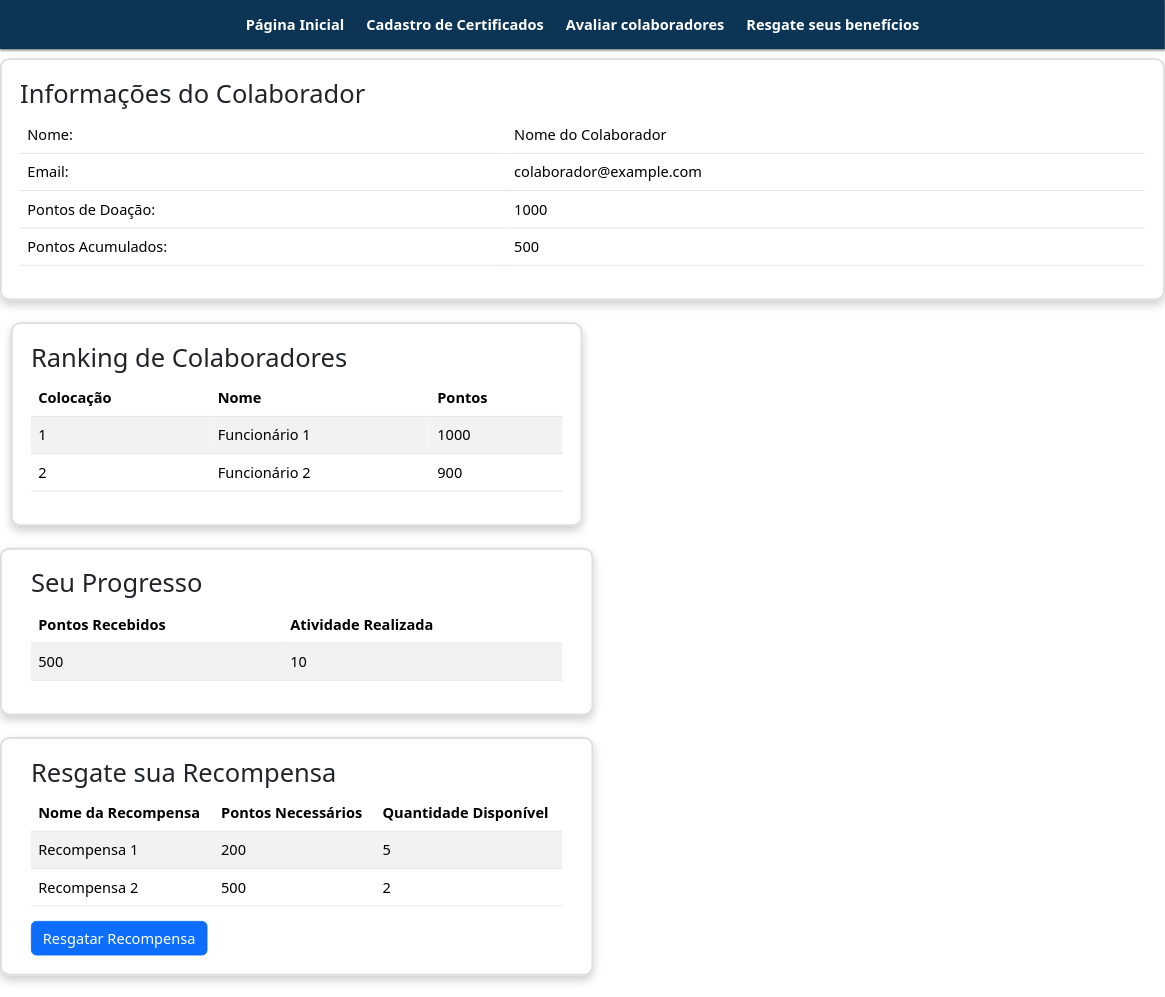
Repository: mumuryllo/ProjetoZupPointsCatalisa5
Page: ZuPointsCatalisa5 Front-End/colaborador.html
The author's editor kept a copy of each file at every save. The page is drawn from the files as they stood at one save, then again after the next save.
The browser window is 1280 px wide. The pictures show the whole page, at 91% of full size.
The page's requests for data from a server got no answer.

Above is the page before, as saved 2023-10-12 17:42:11.

### ZuPointsCatalisa5 Front-End/colaborador.html
<!DOCTYPE html>
<html lang="en">
<head>
    <meta charset="UTF-8">
    <meta name="viewport" content="width=device-width, initial-scale=1.0">
    <title>Página de Funcionários</title>

    <link href="https://cdn.jsdelivr.net/npm/bootstrap@5.3.2/dist/css/bootstrap.min.css" rel="stylesheet"
        integrity="sha384-T3c6CoIi6uLrA9TneNEoa7RxnatzjcDSCmG1MXxSR1GAsXEV/Dwwykc2MPK8M2HN" crossorigin="anonymous">

    <link rel="stylesheet" href="style/nav-bar.css">

    <!-- Custom CSS for Styling -->
    <style>
        .custom-border {
            border: 2px solid #ddd;
            border-radius: 10px;
            padding: 20px;
            box-shadow: 0px 5px 10px rgba(0, 0, 0, 0.2);
        }
        .mb-4 {
            margin-bottom: 2rem;
        }
    </style>
</head>
<body>
    <!-- Cabeçalho -->
    <nav>
        <a href="index.html">Página Inicial</a>
        <a href="./cadastro_certificado.html">Cadastro de Certificados</a>
        <a href="avaliar_colaboradores.html"> Avaliar colaboradores</a>
        <a href="buscarEspecifico.html">Resgate seus benefícios</a>
    </nav>

    <div class="container-fluid">
        <div class="row">
            <!-- Informações do Colaborador -->
            <div class="col-md-12 custom-border mb-4">
                <h3>Informações do Colaborador</h3>
                <div class="table-responsive">
                    <table class="table">
                        <tbody>
                            <tr>
                                <td>Nome:</td>
                                <td>Nome do Colaborador</td>
                            </tr>
                            <tr>
                                <td>Email:</td>
                                <td>colaborador@example.com</td>
                            </tr>
                            <tr>
                                <td>Pontos de Doação:</td>
                                <td>1000</td>
                            </tr>
                            <tr>
                                <td>Pontos Acumulados:</td>
                                <td>500</td>
                            </tr>
                            <!-- Adicione mais informações conforme necessário -->
                        </tbody>
                    </table>
                </div>
            </div>
        </div>

        <!-- Coluna da esquerda com o ranking -->
        <div class="col-md-6 custom-border mb-4">
            <h3>Ranking de Colaboradores</h3>
            <table class="table table-striped">
                <thead>
                    <tr>
                        <th>Colocação</th>
                        <th>Nome</th>
                        <th>Pontos</th>
                    </tr>
                </thead>
                <tbody>
                    <tr>
                        <td>1</td>
                        <td>Funcionário 1</td>
                        <td>1000</td>
                    </tr>
                    <tr>
                        <td>2</td>
                        <td>Funcionário 2</td>
                        <td>900</td>
                    </tr>
                    <!-- Adicione mais linhas conforme necessário -->
                </tbody>
            </table>
        </div>

        <!-- Coluna da direita com divisão vertical -->
        <div class="col-md-6">
            <!-- Parte superior - Seu Progresso -->
            <div class="row justify-content-center custom-border mb-4" style="max-height: 50vh; overflow-y: auto;">
                <div class="col-12">
                    <h3>Seu Progresso</h3>
                    <div class="table-responsive">
                        <table class="table table-striped">
                            <thead>
                                <tr>
                                    <th>Pontos Recebidos</th>
                                    <th>Atividade Realizada</th>
                                </tr>
                            </thead>
                            <tbody>
                                <tr>
                                    <td>500</td>
                                    <td>10</td>
                                </tr>
                                <!-- Adicione mais linhas conforme necessário -->
                            </tbody>
                        </table>
                    </div>
                </div>
            </div>

            <!-- Divisão vertical -->
            <div class="row">
                <div class="col-12 border-right">
                    <!-- Parte inferior - Resgate sua Recompensa -->
                    <div class="row justify-content-center custom-border mb-4" style="max-height: 50vh; overflow-y: auto;">
                        <div class="col-12">
                            <h3>Resgate sua Recompensa</h3>
                            <div class="table-responsive">
                                <table class="table table-striped">
                                    <thead>
                                        <tr>
                                            <th>Nome da Recompensa</th>
                                            <th>Pontos Necessários</th>
                                            <th>Quantidade Disponível</th>
                                        </tr>
                                    </thead>
                                    <tbody>
                                        <tr>
                                            <td>Recompensa 1</td>
                                            <td>200</td>
                                            <td>5</td>
                                        </tr>
                                        <tr>
                                            <td>Recompensa 2</td>
                                            <td>500</td>
                                            <td>2</td>
                                        </tr>
                                        <!-- Adicione mais linhas conforme necessário -->
                                    </tbody>
                                </table>
                            </div>
                            <button class="btn btn-primary text-center">Resgatar Recompensa</button>
                        </div>
                    </div>
                </div>
            </div>
        </div>
    </div>
    <script src="./js/listarInfoColaboradores.js"></script>
    <script src="./js/listarCertificado.js"></script>
    <script src="https://cdn.jsdelivr.net/npm/bootstrap@5.3.2/dist/js/bootstrap.bundle.min.js" integrity="sha384-C6RzsynM9kWDrMNeT87bh95OGNyZPhcTNXj1NW7RuBCsyN/o0jlpcV8Qyq46cDfL" crossorigin="anonymous"></script>
</body>
</html>

### ZuPointsCatalisa5 Front-End/style/nav-bar.css
:root {
    --cor0: #0e1a33;
    --cor1: #061b2c;
    --cor2: #0c3455;
    --cor3: #8dc63F;
    --cor4: #40ba84;
    --cor5: #ef4123;
    --cor6: #f7941e;
    --cor7: #909090;
    --cor8: #ffffff;

    --fonte-padrao: Arial, Verdana, Helvetica, sans-serif;
    --fonte-destaque: 'Bebas Neue', cursive;
}

header {
    background-image: linear-gradient(to bottom, var(--cor0), var(--cor2));
    text-align: center;
    min-height: 150px;
    padding-top: 30px;
}

header>h1 {
    color: var(--cor8);
    font-weight: normal;
    font-size: 3em;
    margin-bottom: 20px;
    text-shadow: 2px 2px 0 rgba(0, 0, 0, 0.466);
}

header>p {
    color: var(--cor8);
    font-size: 1.2em;
    padding-left: 10px;
    padding-right: 10px;
    margin: auto;
    padding-bottom: 20px;
    text-shadow: 2px 2px 0 rgba(0, 0, 0, 0.466);
}

nav {
    background-color: var(--cor2);
    padding: 15px;
    box-shadow: 0px 2px 2px #0000005b;
    text-align: center;
    margin-bottom: 10px;
}

nav a {
    color: var(--cor8);
    padding: 10px;
    text-decoration: none;
    font-weight: bold;
    transition-duration: 0.5s;
}

nav a:hover {
    border-bottom: 5px solid var(--cor3);
    padding-bottom: 2px;
    text-decoration: none;/
}

### ZuPointsCatalisa5 Front-End/js/listarInfoColaboradores.js
document.addEventListener("DOMContentLoaded", function () {
    function fetchColaboradorData() {
        const colaboradorId = localStorage.getItem('id');
        const url = `http://localhost:8080/colaboradores/${colaboradorId}`;
        const token =  localStorage.getItem('token'); // Substitua pelo seu token Bearer válido

        fetch(url, {
            headers: {
                'Authorization': `Bearer ${token}`
            }
        })
            .then(response => {
                if (!response.ok) {
                    throw new Error(`Erro na requisição: ${response.status} - ${response.statusText}`);
                }
                return response.json();
            })
            .then(data => {
                // Substitua os IDs dos elementos abaixo pelos IDs corretos em seu HTML
                document.getElementById('nomeColaborador').textContent = data.nome;
                document.getElementById('emailColaborador').textContent = data.email;
                document.getElementById('pontosDoacao').textContent = data.pontosDoacao;
                document.getElementById('pontosAcumulados').textContent = data.pontosAcumulados;
            })
            .catch(error => {
                console.error('Erro na requisição:', error);
            });
    }

    fetchColaboradorData();
});

### ZuPointsCatalisa5 Front-End/js/listarCertificado.js
document.addEventListener('DOMContentLoaded', function () {
    const token = localStorage.getItem('token');
    const userId = localStorage.getItem('id');

    fetch(`http://localhost:8080/certificados?colaborador_id=${userId}`, {
      method: 'GET',
      headers: {
        'Authorization': `Bearer ${token}`
      }
    })
      .then(response => {
        if (response.ok) {
          return response.json();
        } else {
          throw new Error('Falha na requisição');
        }
      })
      .then(certificados => {
        const certificadosAccordion = document.querySelector('#certificadosAccordion');

        certificados.forEach(certificado => {
          const certificadoItem = document.createElement('div');
          certificadoItem.className = 'accordion-item';

          if(certificado.colaborador.id==userId){

            certificadoItem.innerHTML = `
            <h2 class="accordion-header" id="certificado${certificado.id}Heading">
              <button class="accordion-button" type="button" data-bs-toggle="collapse" data-bs-target="#certificado${certificado.id}Collapse" aria-expanded="true" aria-controls="certificado${certificado.id}Collapse">
                Certificado ${certificado.nome}
              </button>
            </h2>
            <div id="certificado${certificado.id}Collapse" class="accordion-collapse collapse" aria-labelledby="certificado${certificado.id}Heading" data-bs-parent="#certificadosAccordion">
              <div class="accordion-body">
                <p><strong>Nome:</strong> ${certificado.nome}</p>
                <p><strong>Link:</strong> <a href="${certificado.link}">${certificado.link}</a></p>
                <p><strong>Número de Credencial:</strong> ${certificado.numero_credencial}</p>
                <p><strong>Tipo de Certificado:</strong> ${certificado.tipo_certificado}</p>
                <p><strong>Validação Certificado:</strong> ${certificado.certificado_valido}</p>
              </div>
            </div>
          `;

          certificadosAccordion.appendChild(certificadoItem);
          }

        });
      })
      .catch(error => {
        console.error('Ocorreu um erro:', error);
      });
  });

After the next save:
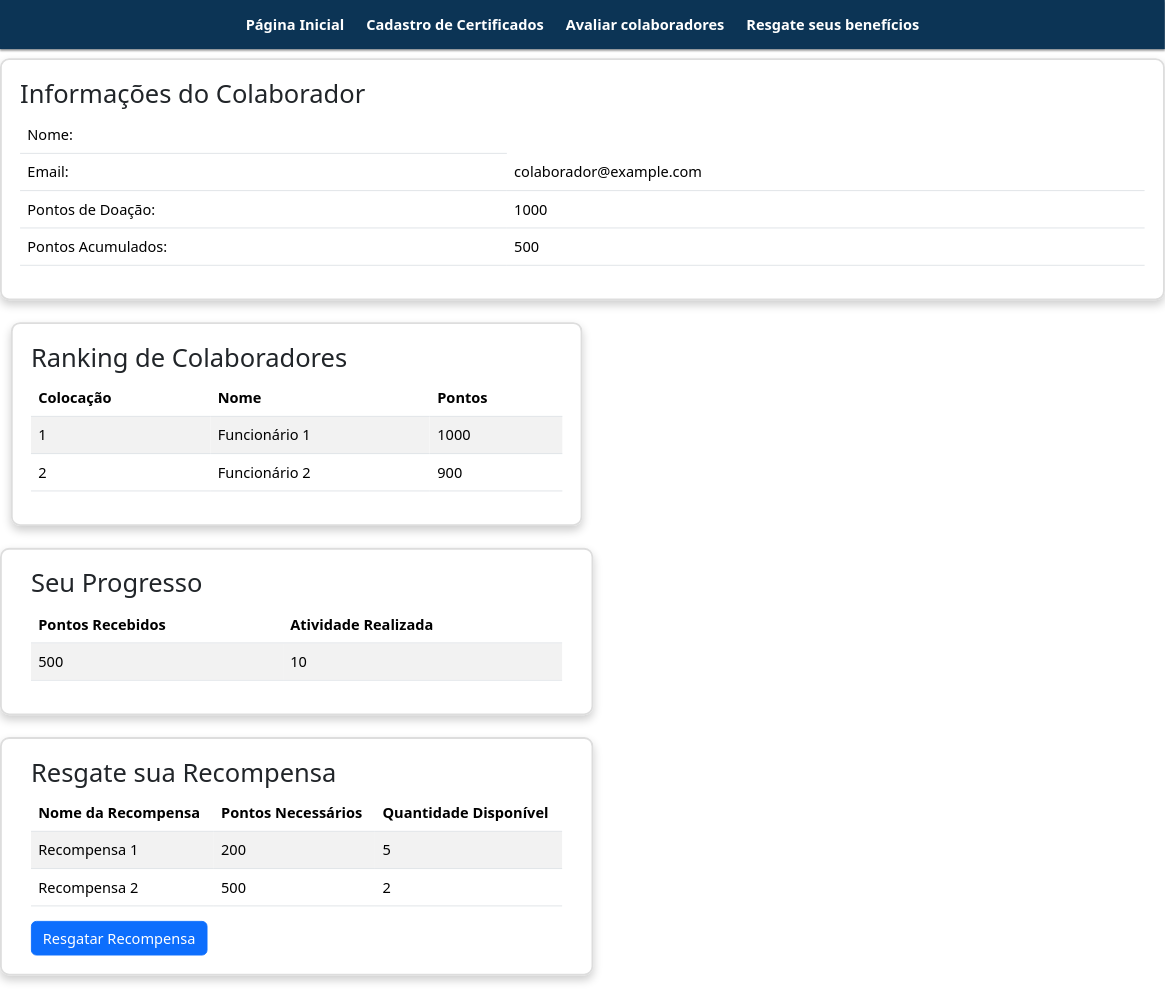
Saved 18 s later.
--- a/ZuPointsCatalisa5 Front-End/colaborador.html
+++ b/ZuPointsCatalisa5 Front-End/colaborador.html
@@ -42,7 +42,6 @@
                         <tbody>
                             <tr>
                                 <td>Nome:</td>
-                                <td>Nome do Colaborador</td>
                             </tr>
                             <tr>
                                 <td>Email:</td>
